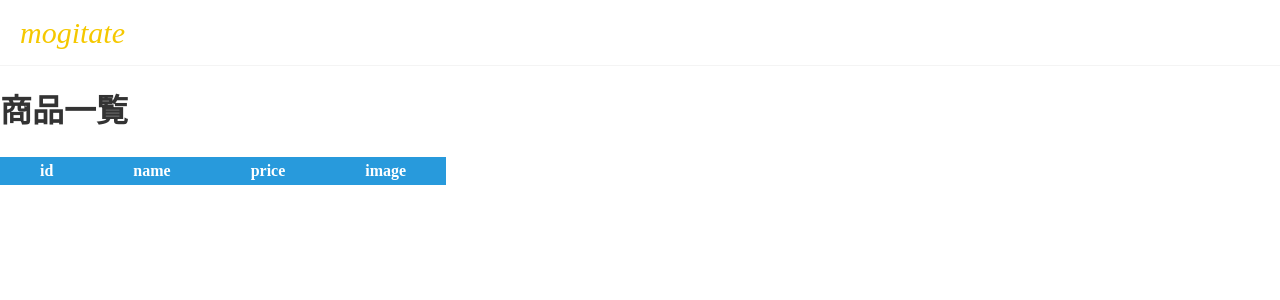
Repository: SuzukiFuminori/test-fruit
Page: http://localhost/products
These files come from the project's save history. The page is drawn as it stood at one moment and after a run of saves; the edit follows.
The browser window is 1280 px wide. The pictures show the whole page.
The page is served by the project's Laravel application, run on PHP 8.4 with Laravel 8. Other server files are loaded and not shown. Queries for data that is not in the repository find no rows.

Above is the page before, as saved 2024-12-29 21:34:10.

### src/routes/web.php
<?php

use Illuminate\Support\Facades\Route;
use App\Http\Controllers\ProductController;

/*
|--------------------------------------------------------------------------
| Web Routes
|--------------------------------------------------------------------------
|
| Here is where you can register web routes for your application. These
| routes are loaded by the RouteServiceProvider within a group which
| contains the "web" middleware group. Now create something great!
|
*/

Route::get('/products', [ProductController::class, 'index']);
Route::get('/products/register', [ProductController::class, 'add']);

### src/app/Http/Controllers/ProductController.php
<?php

namespace App\Http\Controllers;
use App\Models\Product;
use Illuminate\Http\Request;

class ProductController extends Controller
{
    // 商品一覧ページの表示
    public function index()
    {
        $products = Product::all();
        return view('index', ['products' => $products]);
    }

    // 商品登録ページの表示
    public function add()
    {
        return view('add');
    }
}

### src/resources/views/index.blade.php
@extends('layouts.default')
<style>
  th {
    background-color: #289ADC;
    color: white;
    padding: 5px 40px;
  }
  tr:nth-child(odd) td{
    background-color: #FFFFFF;
  }
  td {
    padding: 25px 40px;
    background-color: #EEEEEE;
    text-align: center;
  }
</style>
@section('title', '商品一覧')

@section('content')
<table>
  <tr>
    <th>id</th>
    <th>name</th>
    <th>price</th>
    <th>image</th>
  </tr>
  @foreach ($products as $product)
  <tr>
    <td>{{$product->id}}</td>
    <td>{{$product->name}}</td>
    <td>{{$product->price}}</td>
    <td>{{$product->image}}</td>
  </tr>
  @endforeach
</table>
@endsection

### src/resources/views/layouts/default.blade.php
<!DOCTYPE html>
<html lang="ja">

<head>
  <meta charset="UTF-8">
  <meta name="viewport" content="width=device-width, initial-scale=1.0">
  <title>@yield('title')</title>
  <link rel="stylesheet" href="{{ asset('css/sanitize.css') }}">
  <link rel="stylesheet" href="{{ asset('css/common.css') }}">
  @yield('css')
</head>

<body>
  <header class="header">
    <div class="header__inner">
      <a class="header__logo">
        mogitate
      </a>
    </div>
  </header>
  <main>
    <h1>@yield('title')</h1>
    <div class="content">
      @yield('content')
    </div>
  </main>
</body>

</html>

### src/public/css/sanitize.css
/* Document
* ========================================================================== */

/**
* Add border box sizing in all browsers (opinionated).
*/

*,
::before,
::after {
  box-sizing: border-box;
}

/**
* 1. Add text decoration inheritance in all browsers (opinionated).
* 2. Add vertical alignment inheritance in all browsers (opinionated).
*/

::before,
::after {
  vertical-align: inherit;
  /* 2 */
  text-decoration: inherit;
  /* 1 */
}

/**
* 1. Use the default cursor in all browsers (opinionated).
* 2. Change the line height in all browsers (opinionated).
* 3. Use a 4-space tab width in all browsers (opinionated).
* 4. Remove the grey highlight on links in iOS (opinionated).
* 5. Prevent adjustments of font size after orientation changes in
*    IE on Windows Phone and in iOS.
* 6. Breaks words to prevent overflow in all browsers (opinionated).
*/

html {
  word-break: break-word;
  /* 6 */
  -moz-tab-size: 4;
  /* 3 */
  tab-size: 4;
  /* 3 */
  line-height: 1.5;
  /* 2 */
  cursor: default;
  /* 1 */

  -webkit-tap-highlight-color: transparent
    /* 4 */
  ;
  -ms-text-size-adjust: 100%;
  /* 5 */
  -webkit-text-size-adjust: 100%;
  /* 5 */
}

/* Sections
* ========================================================================== */

/**
* Remove the margin in all browsers (opinionated).
*/

body {
  margin: 0;
}

/**
* Correct the font size and margin on `h1` elements within `section` and
* `article` contexts in Chrome, Edge, Firefox, and Safari.
*/

h1 {
  margin: 0.67em 0;
  font-size: 2em;
}

/* Grouping content
* ========================================================================== */

/**
* Remove the margin on nested lists in Chrome, Edge, IE, and Safari.
*/

dl dl,
dl ol,
dl ul,
ol dl,
ul dl {
  margin: 0;
}

/**
* Remove the margin on nested lists in Edge 18- and IE.
*/

ol ol,
ol ul,
ul ol,
ul ul {
  margin: 0;
}

/**
* 1. Add the correct sizing in Firefox.
* 2. Show the overflow in Edge 18- and IE.
*/

hr {
  overflow: visible;
  /* 2 */
  height: 0;
  /* 1 */
}

/**
* Add the correct display in IE.
*/

main {
  display: block;
}

/**
* Remove the list style on navigation lists in all browsers (opinionated).
*/

nav ol,
nav ul {
  padding: 0;
  list-style: none;
}

/**
* 1. Correct the inheritance and scaling of font size in all browsers.
* 2. Correct the odd `em` font sizing in all browsers.
*/

pre {
  font-size: 1em;
  /* 2 */
  font-family: monospace, monospace;
  /* 1 */
}

/* Text-level semantics
* ========================================================================== */

/**
* Remove the gray background on active links in IE 10.
*/

a {
  background-color: transparent;
}

/**
* Add the correct text decoration in Edge 18-, IE, and Safari.
*/

abbr[title] {
  text-decoration: underline;
  text-decoration: underline dotted;
}

/**
* Add the correct font weight in Chrome, Edge, and Safari.
*/

b,
strong {
  font-weight: bolder;
}

/**
* 1. Correct the inheritance and scaling of font size in all browsers.
* 2. Correct the odd `em` font sizing in all browsers.
*/

code,
kbd,
samp {
  font-size: 1em;
  /* 2 */
  font-family: monospace, monospace;
  /* 1 */
}

/**
* Add the correct font size in all browsers.
*/

small {
  font-size: 80%;
}

/* Embedded content
* ========================================================================== */

/*
* Change the alignment on media elements in all browsers (opinionated).
*/

audio,
canvas,
iframe,
img,
svg,
video {
  vertical-align: middle;
}

/**
* Add the correct display in IE 9-.
*/

audio,
video {
  display: inline-block;
}

/**
* Add the correct display in iOS 4-7.
*/

audio:not([controls]) {
  display: none;
  height: 0;
}

/**
* Remove the border on iframes in all browsers (opinionated).
*/

iframe {
  border-style: none;
}

/**
* Remove the border on images within links in IE 10-.
*/

img {
  border-style: none;
}

/**
* Change the fill color to match the text color in all browsers (opinionated).
*/

svg:not([fill]) {
  fill: currentColor;
}

/**
* Hide the overflow in IE.
*/

svg:not(:root) {
  overflow: hidden;
}

/* Tabular data
* ========================================================================== */

/**
* Collapse border spacing in all browsers (opinionated).
*/

table {
  border-collapse: collapse;
}

/* Forms
* ========================================================================== */

/**
* Remove the margin on controls in Safari.
*/

button,
input,
select {
  margin: 0;
}

/**
* 1. Show the overflow in IE.
* 2. Remove the inheritance of text transform in Edge 18-, Firefox, and IE.
*/

button {
  overflow: visible;
  /* 1 */
  text-transform: none;
  /* 2 */
}

/**
* Correct the inability to style buttons in iOS and Safari.
*/

button,
[type="button"],
[type="reset"],
[type="submit"] {
  -webkit-appearance: button;
}

/**
* 1. Change the inconsistent appearance in all browsers (opinionated).
* 2. Correct the padding in Firefox.
*/

fieldset {
  padding: 0.35em 0.75em 0.625em;
  /* 2 */
  border: 1px solid #a0a0a0;
  /* 1 */
}

/**
* Show the overflow in Edge 18- and IE.
*/

input {
  overflow: visible;
}

/**
* 1. Correct the text wrapping in Edge 18- and IE.
* 2. Correct the color inheritance from `fieldset` elements in IE.
*/

legend {
  display: table;
  /* 1 */
  max-width: 100%;
  /* 1 */
  color: inherit;
  /* 2 */
  white-space: normal;
  /* 1 */
}

/**
* 1. Add the correct display in Edge 18- and IE.
* 2. Add the correct vertical alignment in Chrome, Edge, and Firefox.
*/

progress {
  display: inline-block;
  /* 1 */
  vertical-align: baseline;
  /* 2 */
}

/**
* Remove the inheritance of text transform in Firefox.
*/

select {
  text-transform: none;
}

/**
* 1. Remove the margin in Firefox and Safari.
* 2. Remove the default vertical scrollbar in IE.
* 3. Change the resize direction in all browsers (opinionated).
*/

textarea {
  overflow: auto;
  /* 2 */
  margin: 0;
  /* 1 */
  resize: vertical;
  /* 3 */
}

/**
* Remove the padding in IE 10-.
*/

[type="checkbox"],
[type="radio"] {
  padding: 0;
}

/**
* 1. Correct the odd appearance in Chrome, Edge, and Safari.
* 2. Correct the outline style in Safari.
*/

[type="search"] {
  outline-offset: -2px;
  /* 2 */

  -webkit-appearance: textfield;
  /* 1 */
}

/**
* Correct the cursor style of increment and decrement buttons in Safari.
*/

::-webkit-inner-spin-button,
::-webkit-outer-spin-button {
  height: auto;
}

/**
* Correct the text style of placeholders in Chrome, Edge, and Safari.
*/

::-webkit-input-placeholder {
  color: inherit;
  opacity: 0.54;
}

/**
* Remove the inner padding in Chrome, Edge, and Safari on macOS.
*/

::-webkit-search-decoration {
  -webkit-appearance: none;
}

/**
* 1. Correct the inability to style upload buttons in iOS and Safari.
* 2. Change font properties to `inherit` in Safari.
*/

::-webkit-file-upload-button {
  font: inherit;
  /* 2 */

  -webkit-appearance: button;
  /* 1 */
}

/**
* Remove the inner border and padding of focus outlines in Firefox.
*/

::-moz-focus-inner {
  padding: 0;
  border-style: none;
}

/**
* Restore the focus outline styles unset by the previous rule in Firefox.
*/

:-moz-focusring {
  outline: 1px dotted ButtonText;
}

/**
* Remove the additional :invalid styles in Firefox.
*/

:-moz-ui-invalid {
  box-shadow: none;
}

/* Interactive
* ========================================================================== */

/*
* Add the correct display in Edge 18- and IE.
*/

details {
  display: block;
}

/*
* Add the correct styles in Edge 18-, IE, and Safari.
*/

dialog {
  position: absolute;
  right: 0;
  left: 0;
  display: block;
  margin: auto;
  padding: 1em;
  width: -moz-fit-content;
  width: -webkit-fit-content;
  width: fit-content;
  height: -moz-fit-content;
  height: -webkit-fit-content;
  height: fit-content;
  border: solid;
  background-color: white;
  color: black;
}

dialog:not([open]) {
  display: none;
}

/*
* Add the correct display in all browsers.
*/

summary {
  display: list-item;
}

/* Scripting
* ========================================================================== */

/**
* Add the correct display in IE 9-.
*/

canvas {
  display: inline-block;
}

/**
* Add the correct display in IE.
*/

template {
  display: none;
}

/* User interaction
* ========================================================================== */

/*
* 1. Remove the tapping delay in IE 10.
* 2. Remove the tapping delay on clickable elements
in all browsers (opinionated).
*/

a,
area,
button,
input,
label,
select,
summary,
textarea,
[tabindex] {
  -ms-touch-action: manipulation;
  /* 1 */
  touch-action: manipulation;
  /* 2 */
}

/**
* Add the correct display in IE 10-.
*/

[hidden] {
  display: none;
}

/* Accessibility
* ========================================================================== */

/**
* Change the cursor on busy elements in all browsers (opinionated).
*/

[aria-busy="true"] {
  cursor: progress;
}

/*
* Change the cursor on control elements in all browsers (opinionated).
*/

[aria-controls] {
  cursor: pointer;
}

/*
* Change the cursor on disabled, not-editable, or otherwise
* inoperable elements in all browsers (opinionated).
*/

[aria-disabled="true"],
[disabled] {
  cursor: not-allowed;
}

/*
* Change the display on visually hidden accessible elements
* in all browsers (opinionated).
*/

[aria-hidden="false"][hidden] {
  display: initial;
}

[aria-hidden="false"][hidden]:not(:focus) {
  position: absolute;
  clip: rect(0, 0, 0, 0);
}

### src/public/css/common.css
.header {
  background: white;
}

.header__inner {
  margin: 0 auto;
  padding: 10px 20px;
  border-bottom: solid 1px #f4f4f4;
}

.header__logo {
  font-family: jsMath-cmti10;
  font-size: 30px;
  color: #F5C800;
  font-weight: 500;
  font-style: italic;
}

h1 {
  font-family: "Hiragino Kaku Gothic Pro";
  font-size: 32px;
  color: #333333;
  font-weight: 600;
}

Loaded but not shown: src/app/Http/Controllers/Controller.php (common file); src/app/Models/Product.php (common file)

After the next 4 saves:
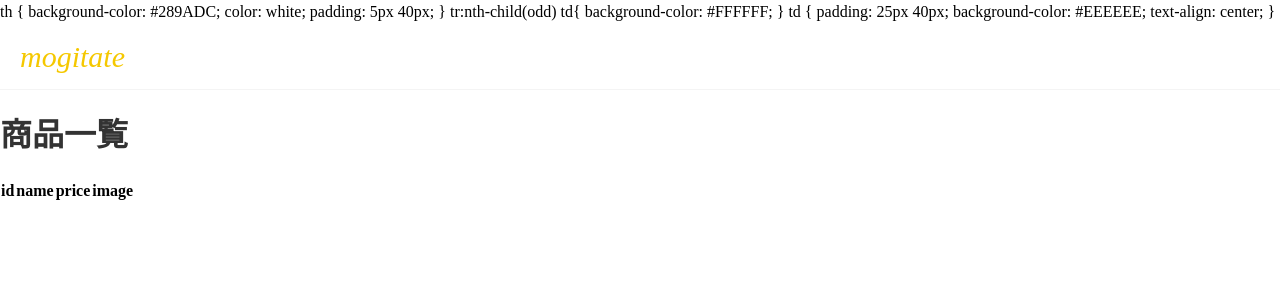
The 4 saves are shown as one change because they came seconds apart.
The last was saved 73 s later.
--- a/src/resources/views/index.blade.php
+++ b/src/resources/views/index.blade.php
@@ -1,5 +1,6 @@
 @extends('layouts.default')
-<style>
+
+@section('css')
   th {
     background-color: #289ADC;
     color: white;
